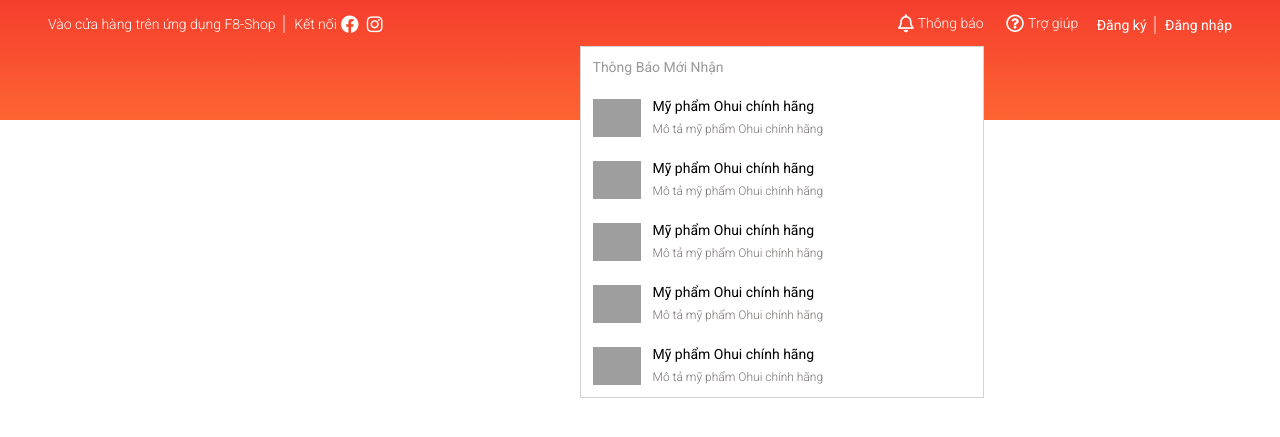
Repository: vanntrong/F8-Shop
Page: index.html
An editor plug-in stored every save of this project. The page is shown before and after the next save, followed by the edit.
The browser window is 1280 px wide. The pictures show the whole page.
Pictures or frames that could not be fetched are drawn as grey boxes.

Above is the page before, as saved 2021-09-01 18:21:42.

### index.html
<!DOCTYPE html>
<html lang="en">
  <head>
    <meta charset="UTF-8" />
    <meta http-equiv="X-UA-Compatible" content="IE=edge" />
    <meta name="viewport" content="width=device-width, initial-scale=1.0" />
    <title>Document</title>
    <link rel="stylesheet" href="./assets/css/reset.css" />
    <link rel="stylesheet" href="./assets/css/base.css" />
    <link rel="stylesheet" href="./assets/css/main.css" />
    <link href="https://fonts.googleapis.com/css2?family=Roboto:wght@300;400;500;700&display=swap" rel="stylesheet" />
    <link
      rel="stylesheet"
      href="./assets/fonts/fontawesome-free-5.15.4-web/fontawesome-free-5.15.4-web/css/all.min.css"
    />
  </head>
  <body>
    <div class="app">
      <header class="header">
        <div class="grid">
          <nav class="header__navbar">
            <ul class="header__navbar-list">
              <li class="header__navbar-item header__navbar-item--has-qr header__navbar-item--separate">
                Vào cửa hàng trên ứng dụng F8-Shop
                <div class="header__qr">
                  <img src="./assets/img/QR_code.png" alt="QR code" class="header__qr-img" />
                  <div class="header__qr-apps">
                    <a href="" class="header__qr-link">
                      <img src="./assets/img/google_play.png" alt="GooglePlay" class="header__qr-download-img" />
                    </a>
                    <a href="" class="header__qr-link">
                      <img src="./assets/img/app_store.png" alt="AppStore" class="header__qr-download-img" />
                    </a>
                  </div>
                </div>
              </li>
              <li class="header__navbar-item">
                <span class="header__navbar-item--no-pointer"> Kết nối </span>
                <a href="#" class="header__navbar-icon-link">
                  <i class="header__navbar-icon fab fa-facebook"></i>
                </a>
                <a href="#" class="header__navbar-icon-link">
                  <i class="header__navbar-icon fab fab fa-instagram"></i>
                </a>
              </li>
            </ul>

            <ul class="header__navbar-list">
              <li class="header__navbar-item">
                <a href="#" class="header__navbar-item-link">
                  <i class="header__navbar-icon far fa-bell"></i>
                  Thông báo
                </a>
                <div class="header__notify">
                  <header class="header__notify-header">
                    <h3>Thông Báo Mới Nhận</h3>
                  </header>
                  <ul class="header__notify-list">
                    <li class="header__notify-item">
                      <a href="#" class="header__notify-link">
                        <img
                          src="https://cf.shopee.vn/file/70488a103a5ecdbf5889822acd19ef14"
                          alt=""
                          class="header__notify-img"
                        />
                        <div class="header__notify-info">
                          <span class="header__notify-name"> Mỹ phẩm Ohui chính hãng </span>
                          <span class="header__notify-desc"> Mô tả mỹ phẩm Ohui chính hãng </span>
                        </div>
                      </a>
                    </li>
                    <li class="header__notify-item">
                      <a href="#" class="header__notify-link">
                        <img
                          src="https://cf.shopee.vn/file/70488a103a5ecdbf5889822acd19ef14"
                          alt=""
                          class="header__notify-img"
                        />
                        <div class="header__notify-info">
                          <span class="header__notify-name"> Mỹ phẩm Ohui chính hãng </span>
                          <span class="header__notify-desc"> Mô tả mỹ phẩm Ohui chính hãng </span>
                        </div>
                      </a>
                    </li>
                    <li class="header__notify-item">
                      <a href="#" class="header__notify-link">
                        <img
                          src="https://cf.shopee.vn/file/70488a103a5ecdbf5889822acd19ef14"
                          alt=""
                          class="header__notify-img"
                        />
                        <div class="header__notify-info">
                          <span class="header__notify-name"> Mỹ phẩm Ohui chính hãng </span>
                          <span class="header__notify-desc"> Mô tả mỹ phẩm Ohui chính hãng </span>
                        </div>
                      </a>
                    </li>
                    <li class="header__notify-item">
                      <a href="#" class="header__notify-link">
                        <img
                          src="https://cf.shopee.vn/file/70488a103a5ecdbf5889822acd19ef14"
                          alt=""
                          class="header__notify-img"
                        />
                        <div class="header__notify-info">
                          <span class="header__notify-name"> Mỹ phẩm Ohui chính hãng </span>
                          <span class="header__notify-desc"> Mô tả mỹ phẩm Ohui chính hãng </span>
                        </div>
                      </a>
                    </li>
                    <li class="header__notify-item">
                      <a href="#" class="header__notify-link">
                        <img
                          src="https://cf.shopee.vn/file/70488a103a5ecdbf5889822acd19ef14"
                          alt=""
                          class="header__notify-img"
                        />
                        <div class="header__notify-info">
                          <span class="header__notify-name"> Mỹ phẩm Ohui chính hãng </span>
                          <span class="header__notify-desc"> Mô tả mỹ phẩm Ohui chính hãng </span>
                        </div>
                      </a>
                    </li>
                  </ul>
                </div>
              </li>
              <li class="header__navbar-item">
                <a href="#" class="header__navbar-item-link">
                  <i class="header__navbar-icon far fa-question-circle"></i>
                  Trợ giúp
                </a>
              </li>
              <li class="header__navbar-item header__navbar-item--strong header__navbar-item--separate">Đăng ký</li>
              <li class="header__navbar-item header__navbar-item--strong">Đăng nhập</li>
            </ul>
          </nav>
        </div>
      </header>

      <div class="container"></div>

      <footer class="footer"></footer>
    </div>
  </body>
</html>

### assets/css/base.css
:root {
  --white-color: #fff;
  --black-color: #000;
  --text-color: #333;
  --primary-color: #ee4d2d;
}

* {
  box-sizing: inherit;
}

html {
  font-size: 62.5%;
  line-height: 1.6rem;
  font-family: "Roboto", sans-serif;
  box-sizing: border-box;
}

.grid {
  width: 1200px;
  max-width: 100%;
  margin: 0 auto;
}

.grid__full-width {
  width: 100%;
}

.grid__row {
  display: flex;
  flex-wrap: wrap;
}

/* animation */
@keyframes faceIn {
  from {
    opacity: 0;
  }
  to {
    opacity: 1;
  }
}

### assets/css/main.css
.header {
  height: 12rem;
  background-image: linear-gradient(0, #fe6432, #f53e2d);
}

.header__navbar {
  display: flex;
  align-items: center;
  justify-content: space-between;
}

.header__navbar-list {
  list-style: none;
}

.header__navbar-item {
  min-height: 2.6rem;
  margin: 1rem 0.8rem 0;
  position: relative;
}

.header__navbar-item,
.header__navbar-item-link {
  display: inline-block;
  font-size: 1.4rem;
  color: var(--white-color);
  text-decoration: none;
  font-weight: 300;
}

.header__navbar-item,
.header__navbar-item-link,
.header__navbar-icon-link {
  display: inline-flex;
  align-items: center;
}

.header__navbar-item:hover,
.header__navbar-icon-link:hover,
.header__navbar-item-link:hover {
  cursor: pointer;
  color: rgba(255, 255, 255, 0.7);
}

.header__navbar-item--strong {
  font-weight: 400;
}

.header__navbar-item--separate::after {
  content: "";
  display: block;
  position: absolute;
  border: 1px solid #fb9086;
  height: 1.6rem;
  right: -0.9rem;
  top: 50%;
  transform: translateY(-50%);
}

.header__navbar-icon-link {
  color: var(--white-color);
  text-decoration: none;
}

.header__navbar-icon {
  font-size: 1.8rem;
  margin: 0 0.4rem;
}

.header__navbar-item--no-pointer {
  cursor: text;
  color: var(--white-color);
}

/* header QR code */
.header__qr {
  width: 18.6rem;
  background-color: var(--white-color);
  position: absolute;
  left: 0;
  top: 140%;
  border-radius: 2px;
  display: none;
  animation: faceIn ease-in 0.25s;
}

.header__qr::before {
  position: absolute;
  left: 0;
  top: -1.6rem;
  width: 100%;
  height: 2rem;
  content: "";
  display: block;
}

.header__navbar-item--has-qr:hover .header__qr {
  display: block;
}
.header__qr-img {
  width: 100%;
}
.header__qr-apps {
  display: flex;
  justify-content: space-between;
  flex-wrap: wrap;
  margin: 0 1rem;
}
.header__qr-download-img {
  height: 1.6rem;
}

/* header notification */
.header__notify {
  position: absolute;
  top: 140%;
  right: 0;
  width: 40.4rem;
  border: 1px solid #d3d3d3;
  background-color: var(--white-color);
}
.header__notify-header {
  height: 4rem;
  background-color: var(--white-color);
}
.header__notify-header h3 {
  color: #999;
  margin: 0 0 0 12px;
  font-weight: 400;
  font-size: 1.4rem;
  line-height: 40px;
}
.header__notify-list {
  padding-left: 0;
}
.header__notify-item {
}
.header__notify-link {
  display: flex;
  padding: 12px;
  text-decoration: none;
}
.header__notify-img {
  width: 48px;
}
.header__notify-info {
  margin-left: 12px;
}
.header__notify-name {
  display: block;
  font-size: 1.4rem;
  color: var(--black-color);
  font-weight: 400;
}
.header__notify-desc {
  margin-top: 8px;
  display: block;
  font-size: 1.2rem;
  line-height: 1.6rem;
  color: #756f6e;
}

Loaded but not shown: assets/css/reset.css (common file); assets/fonts/fontawesome-free-5.15.4-web/fontawesome-free-5.15.4-web/css/all.min.css (library)

After the next save:
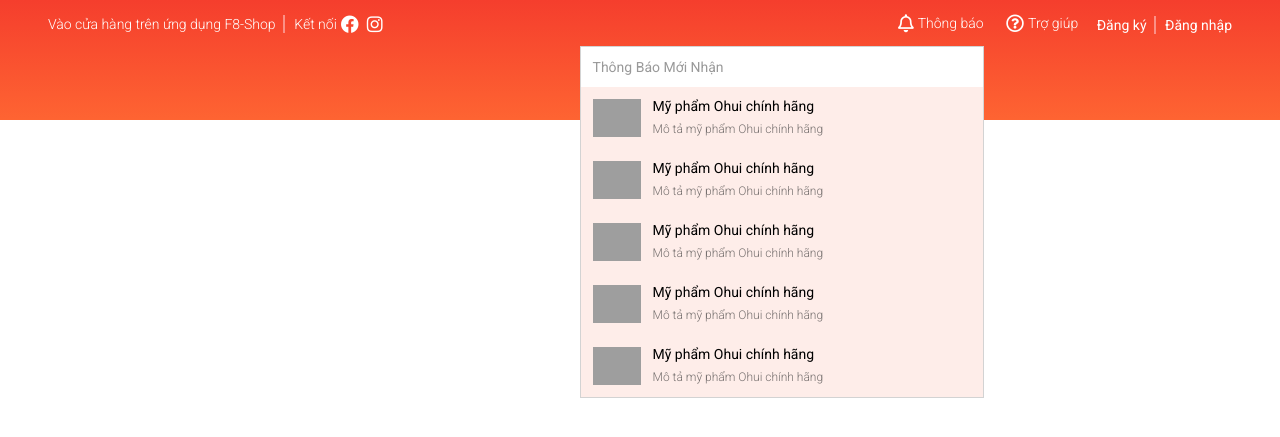
Saved 71 s later.
--- a/assets/css/main.css
+++ b/assets/css/main.css
@@ -139,6 +139,7 @@
   display: flex;
   padding: 12px;
   text-decoration: none;
+  background-color: rgba(238, 77, 45, 0.1);
 }
 .header__notify-img {
   width: 48px;
